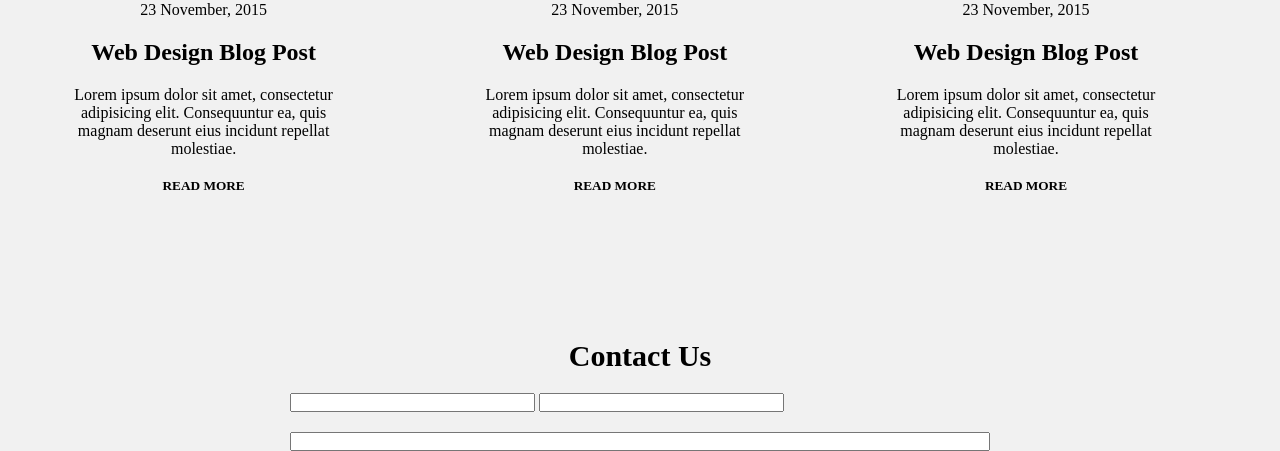
Repository: Ahmedalid/New-project
Page: Rout/index.html
The author's editor kept a copy of each file at every save. The page is drawn from the files as they stood at one save, then again after the next save.
The browser window is 1280 px wide. The pictures show the part of the page from y = 3461 to 3912 px (the page is 3912 px tall).
A picture or video elsewhere on the page could not be fetched, so the positions and the page height are approximate.

Above is the page before, as saved 2023-05-24 19:49:41.

### Rout/index.html
<!DOCTYPE html>
<html lang="en">

<head>
    <meta charset="UTF-8">
    <meta http-equiv="X-UA-Compatible" content="IE=edge">
    <meta name="viewport" content="width=device-width, initial-scale=1.0">
    <link rel="stylesheet" href="https://cdnjs.cloudflare.com/ajax/libs/font-awesome/6.4.0/css/all.min.css">
    <link rel="stylesheet" href="css/style.css">
    <title>Document</title>
</head>

<body>
    <div class="bg-img" style="background-image: url(img/slider-02.jpg);">

        <div class="container pt">
            <div class="header-nav logo-nav">
                <h2>Fokir</h2>
            </div>
            <div class="header-nav">
                <ul>
                    <li><span class="nav-home">Home</span></li>
                    <li>About</li>
                    <li>Services </li>
                    <li>Portfolio</li>
                    <li>Testimonial</li>
                    <li>Blog </li>
                    <li>Contact</li>


                </ul>

            </div>
        </div>
        <div class="auto container">
            <h4 class="mt">Hello i'm</h4>
            <h1 class="mt">ALEX SMITH</h1>
            <p class="mt">Professional Web DesignerDesignerDeveloper</p>
        </div>

    </div>
    <div class="section-mt">
        <div class="section-2 container ">
            <div class="element-1">
                <span>
                    <img src="img/work-7.jpg" alt="Work-7">
                </span>
            </div>
            <div class="element-1">
                <h1><span>I</span>HELLO,</h1>
                <p class="mt">
                    Lorem ipsum dolor sit amet, consectetur adipisicing elit, sed do eiusmod tempor incididunt ut labore
                    et dolore magna aliqua. Ut enim ad minim veniam, quis nostrud exercitation ullamco laboris nisi ut
                    aliquip ex ea commodo consequat. Duis aute irure dolor in reprehenderit in voluptate velit esse
                    cillum dolore eu fugiat nulla pariatur. Excepteur sint occaecat cupidatat non proident, sunt in
                    culpa qui officia deserunt mollit anim id est laborum.
                </p>
                <div class="mt border"> </div>
                <div class="Name mt">
                    <div class="mt">Name: Rdam smith</div>
                    <div class="mt">Age: 26 Year</div>
                    <div class="mt">Freelance: Available</div>
                </div>
                <div class="Name mt">
                    <div class="mt">Job Title: UI/UX Designe</div>
                    <div class="mt">Location: United States, US</div>
                    <div class="mt">E-mail: example@gmail.com</div>
                </div>
                <div class="mt">
                    <button class="btn">Download CV <span><i class="fa fa-download"
                                aria-hidden="true"></i></span></button>

                    <button class="btn">Hire My <span><i class="fa fa-paper-plane"
                                aria-hidden="true"></i></span></button>
                </div>


            </div>
        </div>
    </div>
    <!-- section-3 -->
    <div class="section-bg">
        <section class="section-mt  ">
            <h1 class="pt">Our Services</h1>
            <div class="mt ">
                <div class="Services text-center">
                    <span class="mt"><i class="fa-solid fa-pen text-color"></i></span>
                    <h2 class="mt">UI/UX DESIGN</h2>
                    <p class="mt"> Lorem ipsum dolor sit amet, consectetur adipisicing elit. Ratione adipisci mollitia
                        quis
                        necstatibus.</p>
                </div>
                <div class="Services text-center">
                    <span class="mt"><i class="fa-solid fa-pen text-color"></i></span>
                    <h2 class="mt">APP DEVELOPMENT</h2>
                    <p class="mt"> Lorem ipsum dolor sit amet, consectetur adipisicing elit. Ratione adipisci mollitia
                        quis
                        necstatibus.</p>
                </div>
                <div class="Services text-center">
                    <span class="mt"><i class="fa-solid fa-pen text-color"></i></span>
                    <h2 class="mt">PRODUCT DESIGN</h2>
                    <p class="mt"> Lorem ipsum dolor sit amet, consectetur adipisicing elit. Ratione adipisci mollitia
                        quis
                        necstatibus.</p>
                </div>
                <div class="Services text-center">
                    <span class="mt"><i class="fa-solid fa-pen text-color"></i></span>
                    <h2 class="mt">UI/UX DESIGN</h2>
                    <p class="mt"> Lorem ipsum dolor sit amet, consectetur adipisicing elit. Ratione adipisci mollitia
                        quis
                        necstatibus.</p>
                </div>

            </div>
        </section>
    </div>
    <!-- section-4 -->
    <div class="">
        <section class="section-mt  ">
            <h1 class="pt">Our Portfolio</h1>
            <div class="text-center">
                <p class="p-Our">All</p>
                <p class="p-Our">GRAPHIC</p>
                <p class="p-Our">WEB DESIGN</p>
                <p class="p-Our">PRADNIG</p>
            </div>
            <div class="mt container">
                <div class="Portfolio text-center">
                    <span>
                        <img src="img/1.jpg" alt="">
                    </span>
                </div>
                <div class="Portfolio text-center">
                    <span>
                        <img src="img/2.jpg" alt="">
                    </span>
                </div>
                <div class="Portfolio text-center">
                    <span>
                        <img src="img/3.jpg" alt="">
                    </span>
                </div>
                <div class="Portfolio text-center">
                    <img src="img/5.jpg" alt="">
                </div>
                <div class="Portfolio text-center">
                    <img src="img/4.jpg" alt="">
                </div>
                <div class="Portfolio text-center">
                    <img src="img/6.jpg" alt="">
                </div>

            </div>
        </section>
    </div>

    <div class="section-bg">
        <section class="section-mt  ">
            <div class="mt ">
                <div class="Services text-center">
                    <span class="mt"><i class="fa-solid fa-pen text-color"></i></span>
                    <h2 class="mt">7</h2>
                    <p class="mt">Lorem, ipsum dolor.</p>
                </div>
                <div class="Services text-center">
                    <span class="mt"><i class="fa-solid fa-pen text-color"></i></span>
                    <h2 class="mt">9</h2>
                    <p class="mt"> Lorem ipsum dolor sit..</p>
                </div>
                <div class="Services text-center">
                    <span class="mt"><i class="fa-solid fa-pen text-color"></i></span>
                    <h2 class="mt">5</h2>
                    <p class="mt">Lorem ipsum dolor sit..</p>
                </div>
                <div class="Services text-center">
                    <span class="mt"><i class="fa-solid fa-pen text-color"></i></span>
                    <h2 class="mt">7</h2>
                    <p class="mt"> Lorem, ipsum dolor.</p>
                </div>

            </div>
        </section>
    </div>
    <section class="section-mt">
        <h1 class="text-center">Client's Feedback</h1>
        <div class="text-center mt">
            <img src="img/2 (1).jpg" alt="" class="w-3">
        </div>
    </section>
    <div class="section-bg">
        <section class="section-mt  ">
            <h1 class="pt">Our Blog</h1>
            <div class="mt ">
                <div class="Blog text-center">
                    <span class="mt">
                        <img src="img/1 (1).jpg" alt="">
                    </span>
                    <p class="mt">23 November, 2015</p>
                    <h2 class="mt"> Web Design Blog Post </h2>
                    <p class="mt">Lorem ipsum dolor sit amet, consectetur adipisicing elit. Consequuntur ea, quis magnam deserunt
                        eius incidunt repellat molestiae.</p>
                        <h5 class="mt">READ MORE </h5>


                </div>
                <div class="Blog text-center">
                    <span class="mt">
                        <img src="img/1 (1).jpg" alt="">
                    </span>
                    <p class="mt">23 November, 2015</p>
                    <h2 class="mt"> Web Design Blog Post </h2>
                    <p class="mt">Lorem ipsum dolor sit amet, consectetur adipisicing elit. Consequuntur ea, quis magnam deserunt
                        eius incidunt repellat molestiae.</p>
                        <h5 class="mt">READ MORE </h5>


                </div>
                <div class="Blog text-center">
                    <span class="mt">
                        <img src="img/1 (1).jpg" alt="">
                    </span>
                    <p class="mt">23 November, 2015</p>
                    <h2 class="mt"> Web Design Blog Post </h2>
                    <p class="mt">Lorem ipsum dolor sit amet, consectetur adipisicing elit. Consequuntur ea, quis magnam deserunt
                        eius incidunt repellat molestiae.</p>
                        <h5 class="mt">READ MORE </h5>


                </div>



            </div>
        </section>
        <section class="section-mt">
            <div class="text-center">
                <h1>Contact Us</h1>

            </div>
            <div class="Contact">
                <div class="mt">
                    <input type="text" class="w-5" name="" id="">
                <input type="text" name="" id="" class="w-5 input-l">
                <input type="text" class="w-10 mt" name="" id="">
                </div>
            </div>
        </section>
    </div>
</body>

</html>

### Rout/css/style.css
*{
    margin: 0;
    padding: 0;
    box-sizing: border-box;
}
.container{
    margin: auto 111px;
}
.bg-img{
    background-repeat: no-repeat;
    background-size: cover;
    height: 100vh;
}
.header-nav{
    display: inline-block;
    width: 49%;
    color: white;
}
.pt{
    padding-top: 25px;
}
.mt{
    margin-top: 20px;
}
.logo-nav h2{
    color: #ff305b;
    font-weight: bold;
    cursor: pointer;
    transition: 1.5s;
}
.logo-nav h2:hover{
    text-decoration: underline;
}
.header-nav ul li{
    display: inline-block;
    padding-left: 17px;
}
.nav-home{
    color: #ff305b;
}
.header-nav ul li:hover{
    text-decoration: underline;
    color: #ff305b;
    cursor: pointer;
}
.auto{
    /* margin: auto; */
    padding-top: 230px;
    color: white;
    text-align: center;
    font-weight: bold;
}
.element-1{
    display: inline-block;
    width: 49%;
    vertical-align: top;
}
.element-1 h1 span{
    color: #ff305b;
}
.border{
    border: dotted 1px black;
}
.Name{
    display: inline-block;
    width: 48%;
}
.section-mt{
    margin-top: 30px;
}
.btn{
    border: none;
    outline: none;
    background-color: #ff305b;
    color: white;
    padding: 12px;
    border-radius: 10px;
    cursor: pointer;
    transition: 0.5s;
}
.btn:hover{
    background-color: #ec2403;
}
.btn span i{
    margin-left: 7px;
}
.section-mt h1{
    text-align: center;
    font-size: 30px;
    font-weight: bold;
    padding-top: 100px;
}
.section-bg{
    background-color: #f1f1f1;

}
.Services{
    margin: auto 50px;
    display: inline-block;
    width: 15%;
    padding: 15px;
    cursor: pointer;
    transition: width 2s;
}
.text-color{
    color: #ff305b;
}
.text-center{
    text-align: center;
}
.Services:hover{
    background-color: white;
    width: 20%;

}

.Portfolio{
    /* margin: auto 50px; */
    display: inline-block;
    width: 33%;
    /* padding: 15px; */
    cursor: pointer;
    transition: width 2s;
}
img{
    width: 100%;
}
.p-Our{
    display: inline-block;
    text-align: center;
    margin-top: 15px;
    padding-left: 20px;
    transition: all 0.5s;
    cursor: pointer;
}
.p-Our:hover{
    border-bottom: 1px solid #ff305b;
}
.w-3{
    width: 30%;
}
.Blog{
    margin: auto 50px;
    display: inline-block;
    width: 24%;
    padding: 15px;
    cursor: pointer;
    transition: width 2s;
}
.Contact{
    margin: auto 290px;
}
.w-5{
    width: 35%;
}
.w-10{
    width: 100%;
}
.input-l{
    /* margin-left: 250px; */
}

After the next save:
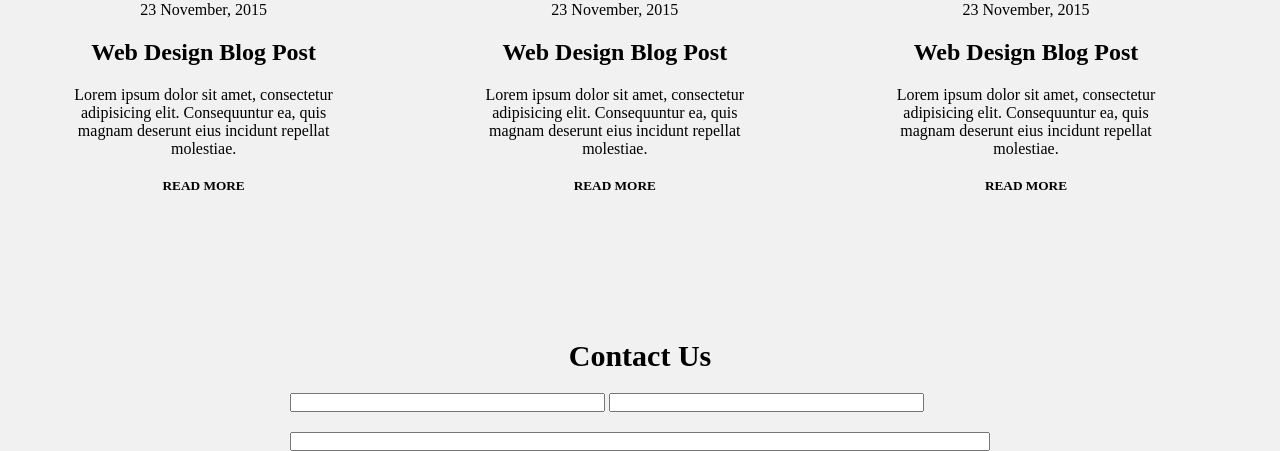
Saved 8 s later.
--- a/Rout/css/style.css
+++ b/Rout/css/style.css
@@ -151,7 +151,7 @@ img{
     margin: auto 290px;
 }
 .w-5{
-    width: 35%;
+    width: 45%;
 }
 .w-10{
     width: 100%;
